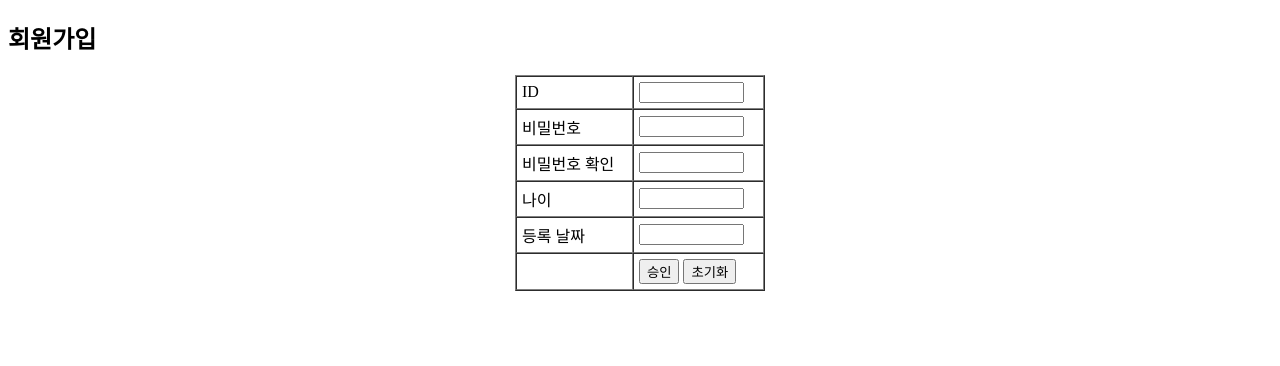
Repository: lmcoa15/Movie
Page: http://localhost/movie/user/user_membership.jsp
The author's editor kept a copy of each file at every save. The page is drawn from the files as they stood at one save, then again after the next save.
The browser window is 1280 px wide. The pictures show the whole page.
The page is served by Tomcat 9.

Above is the page before, as saved 2015-12-08 08:51:20.

After the next save:
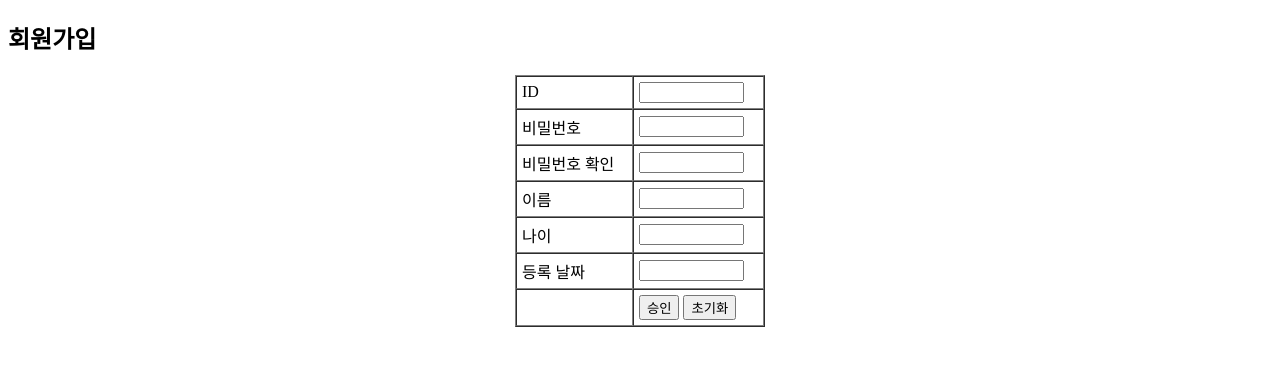
Saved 101 s later.
--- a/workspace/movie/WebContent/user/user_membership.jsp
+++ b/workspace/movie/WebContent/user/user_membership.jsp
@@ -28,6 +28,11 @@
 	</tr>
 
 	<tr>
+		<td>이름</td>
+		<td><input type="text" name="name_mem" size=10></td>
+	</tr>
+
+	<tr>
 		<td>나이</td>
 		<td><input type="text" name="age_mem" size=10></td>
 	</tr>
